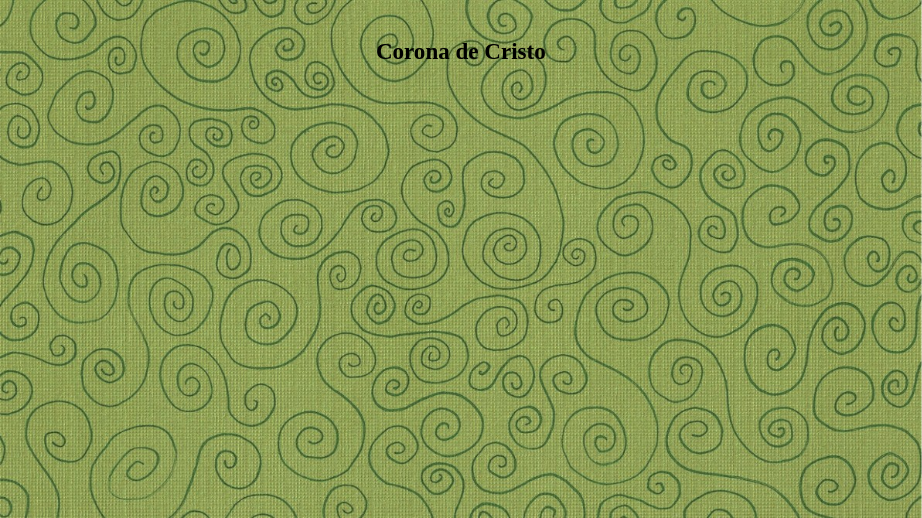
Repository: carrascokarencb37-afk/Nuura
Page: html/guiaPlant/planta1.html
These files come from the project's save history. The page is drawn as it stood at one moment and after the next save; the edit follows.
The browser window is 1280 px wide. The pictures show the whole page, at 72% of full size.

Above is the page before, as saved 2026-05-22 22:42:35.

After the next save:
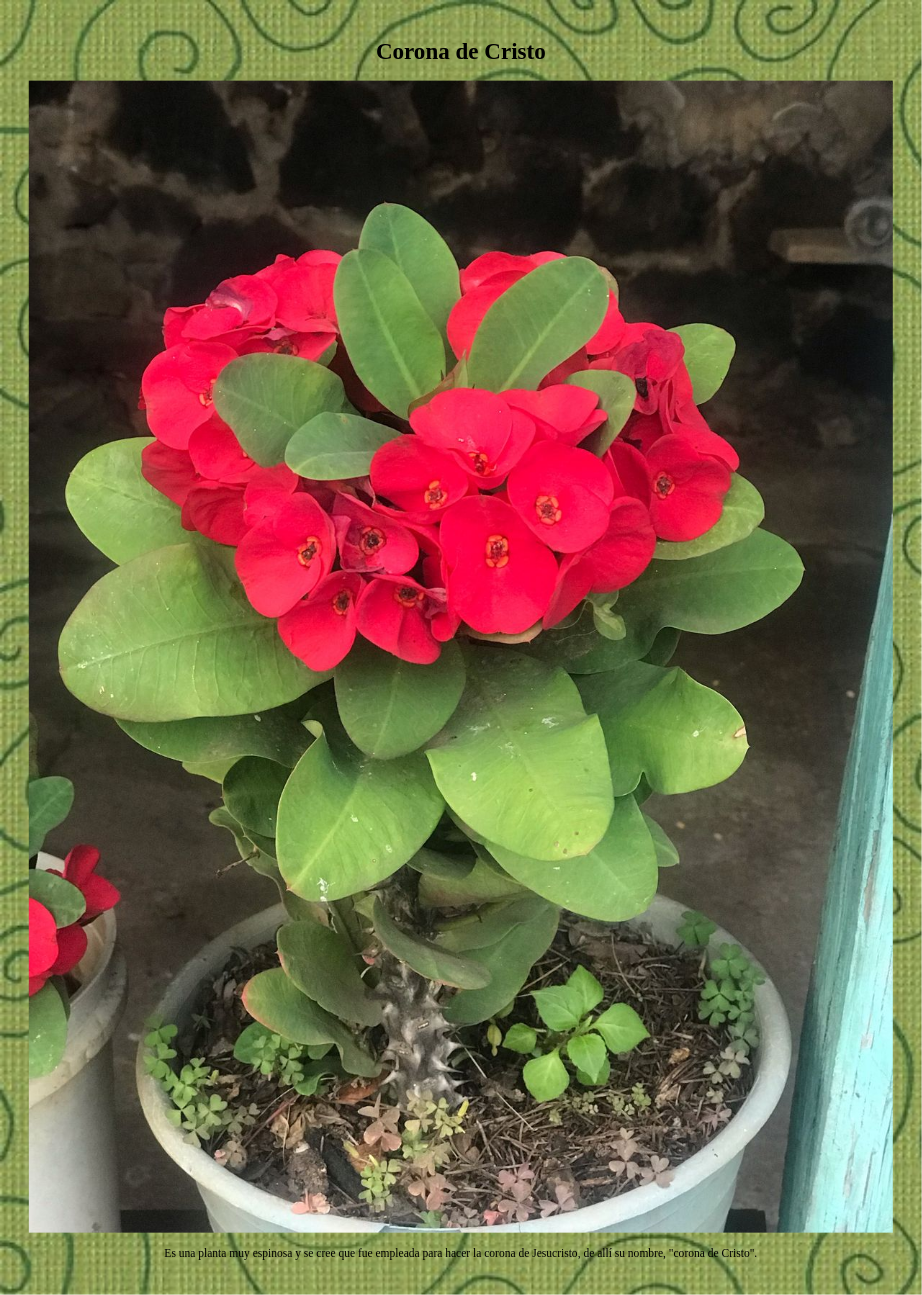
Saved 31 s later.
--- a/html/guiaPlant/planta1.html
+++ b/html/guiaPlant/planta1.html
@@ -9,6 +9,10 @@
 <body>
     <h1>Corona de Cristo</h1>
 
-
+    <div class="container">
+        <img class="foto" src="../img/plantas/coronita.jpg">
+        <p>Es una planta muy espinosa y se cree que fue empleada para
+            hacer la corona de Jesucristo, de allí su nombre, "corona de Cristo".</p>
+    </div>
 </body>
 </html>
